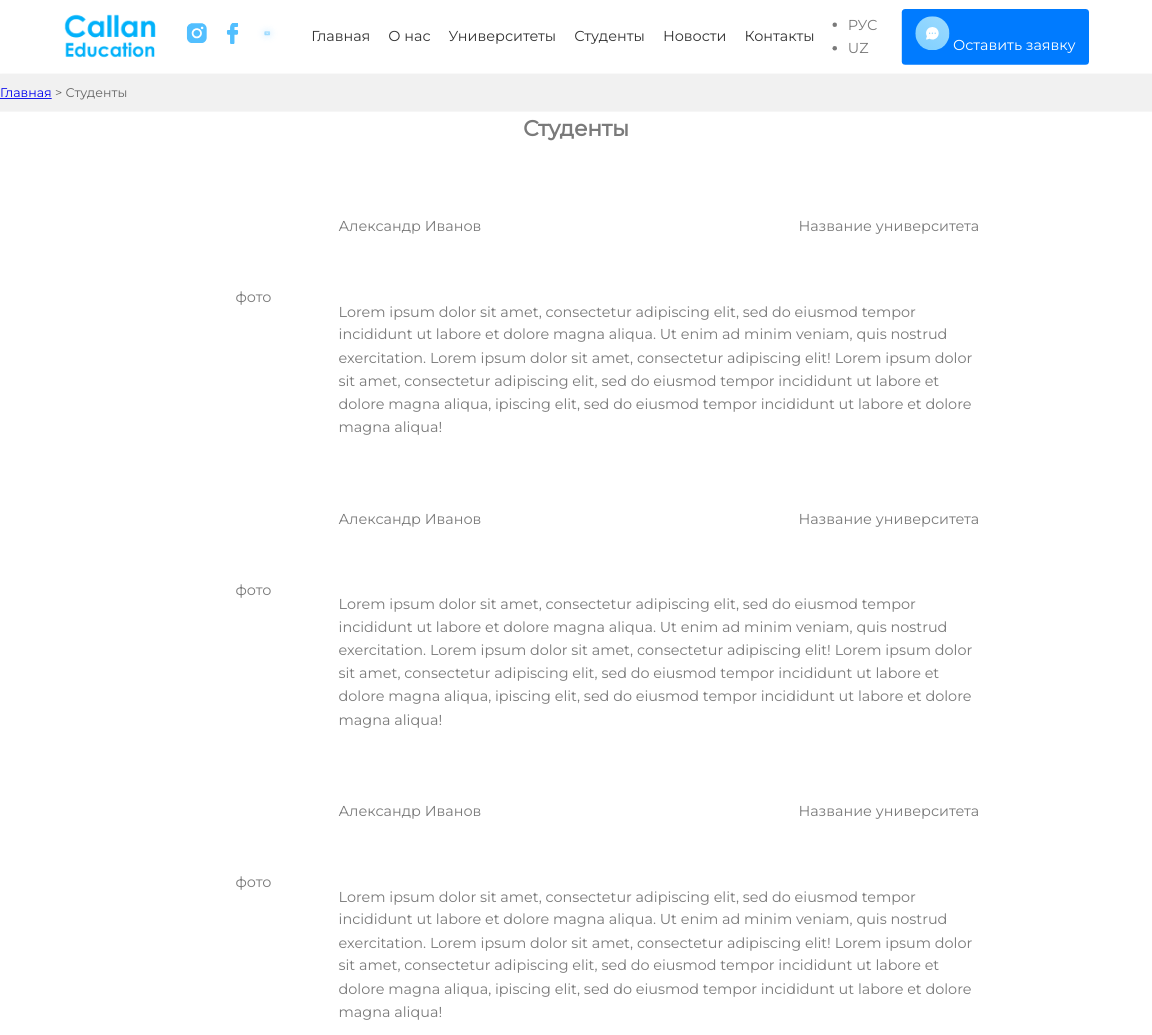
Repository: olyakorzh/Team-project-1
Page: assets/pages/students.html
The author's editor kept a copy of each file at every save. The page is drawn from the files as they stood at one save, then again after the next save.
The browser window is 1280 px wide. The pictures show the whole page, at 90% of full size.

Above is the page before, as saved 2024-12-07 10:19:20.

### assets/pages/students.html
<!DOCTYPE html>
<html lang="ru">
<head>
    <meta charset="UTF-8">
    <meta name="viewport" content="width=device-width, initial-scale=1.0">
    <title>Студенты</title>
    <link rel="stylesheet" href="/assets/styles/students.css" />
</head>
<body>
  <header class="header">
    <div class="header__container">
      <div class="header__logo">
        <img src="../img/main.img/Logo.png" alt="Callan Education" />
      </div>
      <nav class="header__media">
        <ul class="header__media-list">
          <li class="header__media-item">
            <a href="#" class="header__media-link">
              <img
                src="../img/aboutus.img/header_instagramm.svg"
                alt="Instagram"
                class="header__media-icon"
              />
            </a>
          </li>
          <li class="header__media-item">
            <a href="#" class="header__media-link">
              <img
                src="../img/aboutus.img/header_facebook.svg"
                alt="Facebook"
                class="header__media-icon"
              />
            </a>
          </li>
          <li class="header__media-item">
            <a href="#" class="header__media-link">
              <img
                src="../img/aboutus.img/header_youtube.svg"
                alt="YouTube"
                class="header__media-icon"
              />
            </a>
          </li>
        </ul>
      </nav>
      <nav class="header__nav">
        <ul class="menu">
          <li class="menu__item">
            <a href="main.html" class="menu__link">Главная</a>
          </li>
          <li class="menu__item">
            <a href="aboutus.html" class="menu__link">О нас</a>
          </li>
          <li class="menu__item">
            <a href="uni.html" class="menu__link">Университеты</a>
          </li>
          <li class="menu__item">
            <a href="students.html" class="menu__link">Студенты</a>
          </li>
          <li class="menu__item">
            <a href="news.html" class="menu__link">Новости</a>
          </li>
          <li class="menu__item">
            <a href="cont.html" class="menu__link">Контакты</a>
          </li>
        </ul>
      </nav>
      <div class="header__language">
        <ul class="header__language-list">
          <li class="header__language-item header__language-item--active">
            РУС
          </li>
          <li class="header__language-item">UZ</li>
        </ul>
      </div>

      <div class="header__actions">
        <a href="#" class="header__button">
          <span class="header__button-icon">
            <img
              src="../img/aboutus.img/header_message.svg"
              alt="Chat Icon"
            />
          </span>
          Оставить заявку
        </a>
      </div>
    </div>
  </header>
      <main>
        <section class="breadcrumbs">
            <div class="breadcrumbs__container">
              <a href="#" class="breadcrumbs__link">Главная</a> >
              <span class="breadcrumbs__current">Студенты</span>
            </div>
          </section>
          <h2>Студенты</h2>
          <div class="basic">
          <div class="containerstudent">
          <div class="block_foto">фото</div>
          <div class="block1">Александр Иванов</div>
          <div class="block2">Название университета</div>
          <div class="block3">Lorem ipsum dolor sit amet, consectetur adipiscing elit, sed do eiusmod tempor incididunt ut labore et dolore magna aliqua. Ut enim ad minim veniam, quis nostrud exercitation. Lorem ipsum dolor sit amet, consectetur adipiscing elit! Lorem ipsum dolor sit amet, consectetur adipiscing elit, sed do eiusmod tempor incididunt ut labore et dolore magna aliqua, ipiscing elit, sed do eiusmod tempor incididunt ut labore et dolore magna aliqua!</div>
         </div>
        </div>
        <div class="basic">
          <div class="containerstudent">
          <div class="block_foto">фото</div>
          <div class="block1">Александр Иванов</div>
          <div class="block2">Название университета</div>
          <div class="block3">Lorem ipsum dolor sit amet, consectetur adipiscing elit, sed do eiusmod tempor incididunt ut labore et dolore magna aliqua. Ut enim ad minim veniam, quis nostrud exercitation. Lorem ipsum dolor sit amet, consectetur adipiscing elit! Lorem ipsum dolor sit amet, consectetur adipiscing elit, sed do eiusmod tempor incididunt ut labore et dolore magna aliqua, ipiscing elit, sed do eiusmod tempor incididunt ut labore et dolore magna aliqua!</div>
         </div>
        </div>
        <div class="basic">
          <div class="containerstudent">
          <div class="block_foto">фото</div>
          <div class="block1">Александр Иванов</div>
          <div class="block2">Название университета</div>
          <div class="block3">Lorem ipsum dolor sit amet, consectetur adipiscing elit, sed do eiusmod tempor incididunt ut labore et dolore magna aliqua. Ut enim ad minim veniam, quis nostrud exercitation. Lorem ipsum dolor sit amet, consectetur adipiscing elit! Lorem ipsum dolor sit amet, consectetur adipiscing elit, sed do eiusmod tempor incididunt ut labore et dolore magna aliqua, ipiscing elit, sed do eiusmod tempor incididunt ut labore et dolore magna aliqua!</div>
         </div>
        </div>
        </main>
</body>
</html>

### assets/styles/students.css
@font-face {
    font-family: "Montserrat";
    src: url("../fonts/Montserrat/static/Montserrat-Regular.ttf")
      format("truetype");
    font-weight: normal;
    font-style: normal;
  }

  * {
    margin: 0;
    padding: 0;
    box-sizing: border-box;
  }

  body {
    font-family: Montserrat, sans-serif;
    font-size: 16px;
    line-height: 1.6;
    color: #7a7a7a;
    margin: 0;
    padding: 0;
    background-color: white; /* Белый фон для всей страницы */
  }

  .container {
    width: 90%;
    max-width: 1200px;
    margin: 0 auto;
  }

  .header {
    width: 100%;
    background-color: white;
    box-shadow: 0 2px 5px rgba(0, 0, 0, 0.1);
    padding: 10px 20px;
  }

  .header__container {
    display: flex;
    align-items: center;
    justify-content: space-between;
    max-width: 1140px;
    margin: 0 auto;
  }

  .header__logo img {
    max-height: 54px;
    width: auto;
  }

  .header__media-list {
    display: flex;
    gap: 15px;
    list-style: none;
    padding: 0;
    margin: 0;
  }

  .header__media-icon {
    width: 24px;
    height: 24px;
  }

  .header__nav .menu {
    display: flex;
    list-style: none;
  }

  .menu__item {
    margin: 0 10px;
  }

  .menu__link {
    text-decoration: none;
    color: #333;
    font-weight: 500;
    transition: color 0.3s ease;
  }

  .menu__link:hover {
    color: #007bff;
  }

  .header__actions {
    display: flex;
    align-items: center;
    gap: 15px;
  }

  .header__button {
    padding: 8px 15px;
    background-color: #007bff;
    color: #fff;
    text-decoration: none;
    border-radius: 4px;
    transition: background-color 0.3s ease;
  }

  .header__button:hover {
    background-color: #0056b3;
  }
  .breadcrumbs {
    background-color: #f1f1f1;
    padding: 10px 0;
    font-size: 14px;
    color: #666;
  }

  .breadcrumbs__container {
    text-align: left;
  }

  .containerstudent{
    display: grid;
    grid-template-columns: 20% 1fr 1fr;
    grid-template-rows: 1fr 1fr;
    gap: 5px 5px;
    align-items: center;
    width: 70%;
    margin-top: 1%;
    margin-bottom: 1%;
    background-color:#fff
  }
  .block_foto{
    display: grid;
    grid-row-start: 1;
    grid-row-end: 3;
    justify-items: center;

  }
  .block3{
    grid-column-end: span 2;
  }
  .block1{
    display: grid;
    text-align: left;
  }
  .block2{
    align-content: center;
    text-align: right;
  }
h2{
  display: grid;
  justify-content: center;
}
.basic{
justify-items: center;
}

After the next save:
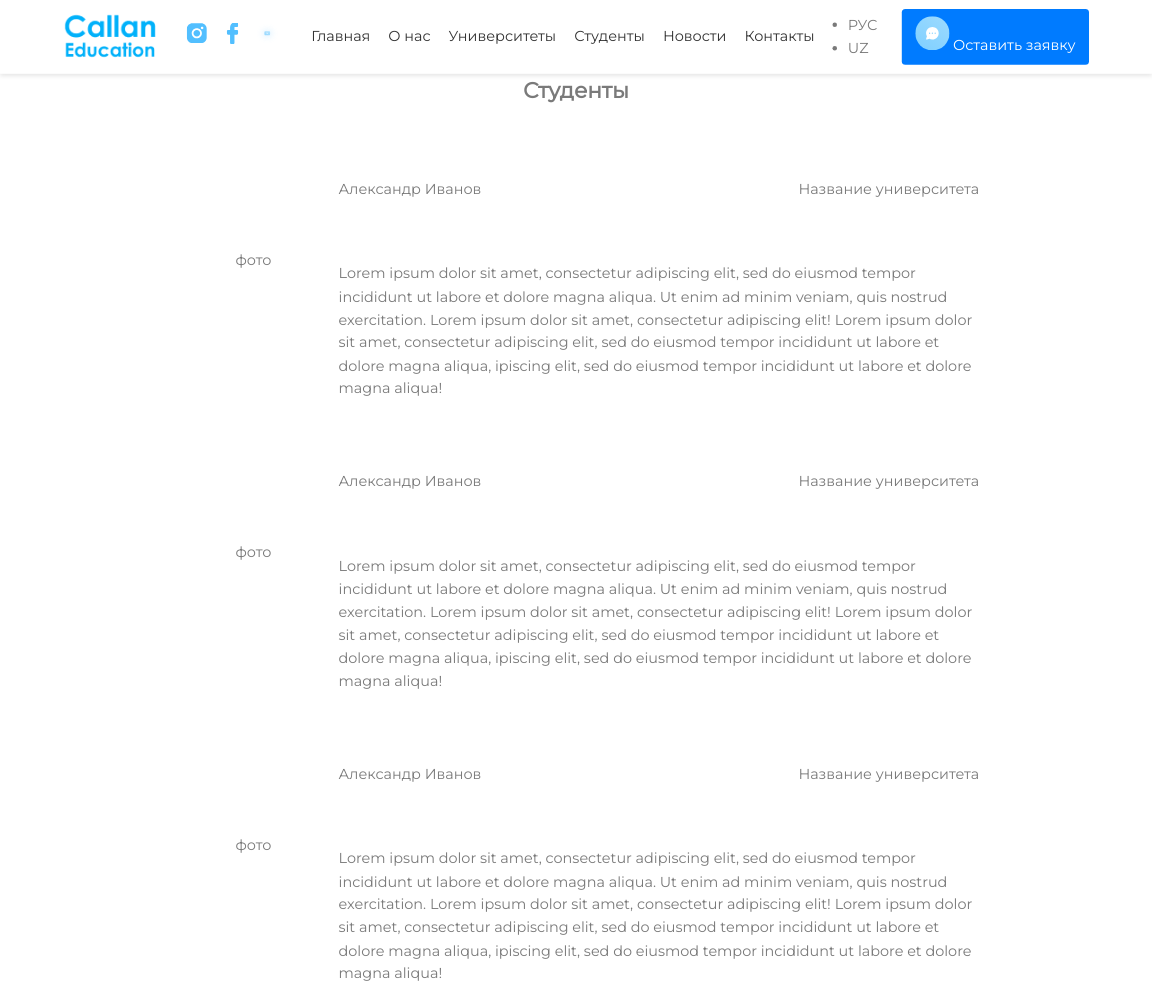
Saved 118 s later.
--- a/assets/pages/students.html
+++ b/assets/pages/students.html
@@ -88,12 +88,7 @@
     </div>
   </header>
       <main>
-        <section class="breadcrumbs">
-            <div class="breadcrumbs__container">
-              <a href="#" class="breadcrumbs__link">Главная</a> >
-              <span class="breadcrumbs__current">Студенты</span>
-            </div>
-          </section>
+
           <h2>Студенты</h2>
           <div class="basic">
           <div class="containerstudent">
